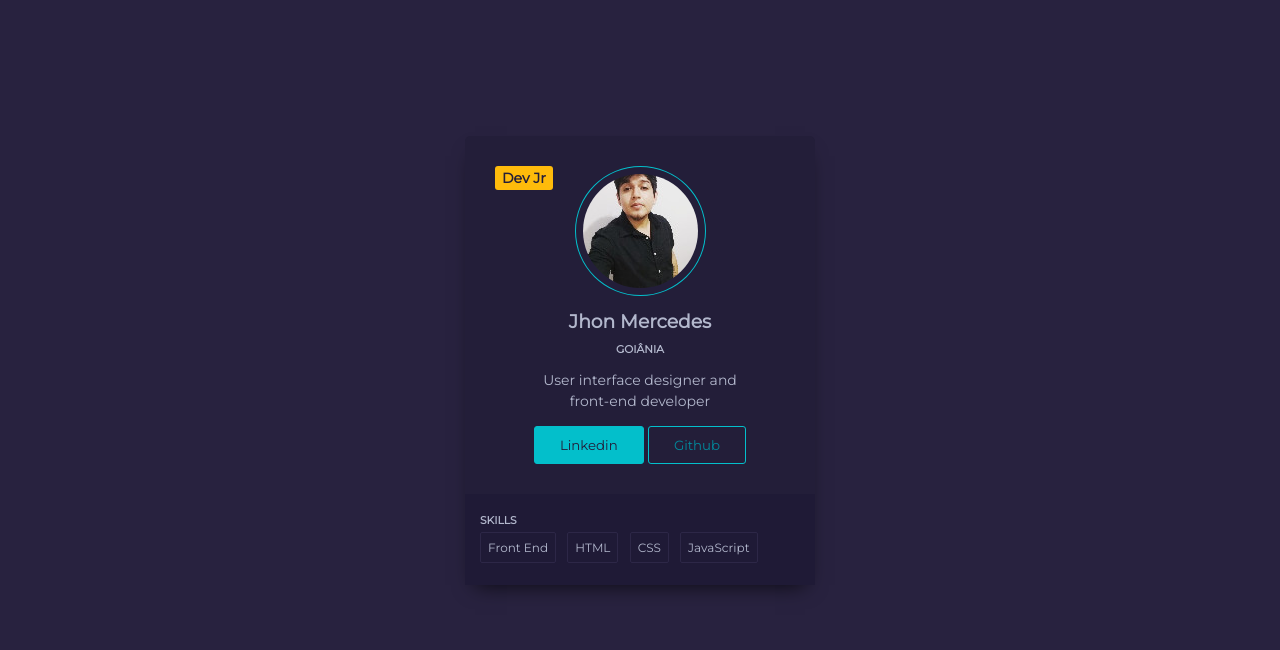
Repository: JhonMercedes/flip-card
Page: index.html
The author's editor kept a copy of each file at every save. The page is drawn from the files as they stood at one save, then again after the next save.
The browser window is 1280 px wide. The pictures show the whole page.

Above is the page before, as saved 2021-12-04 03:17:55.

After the next save:
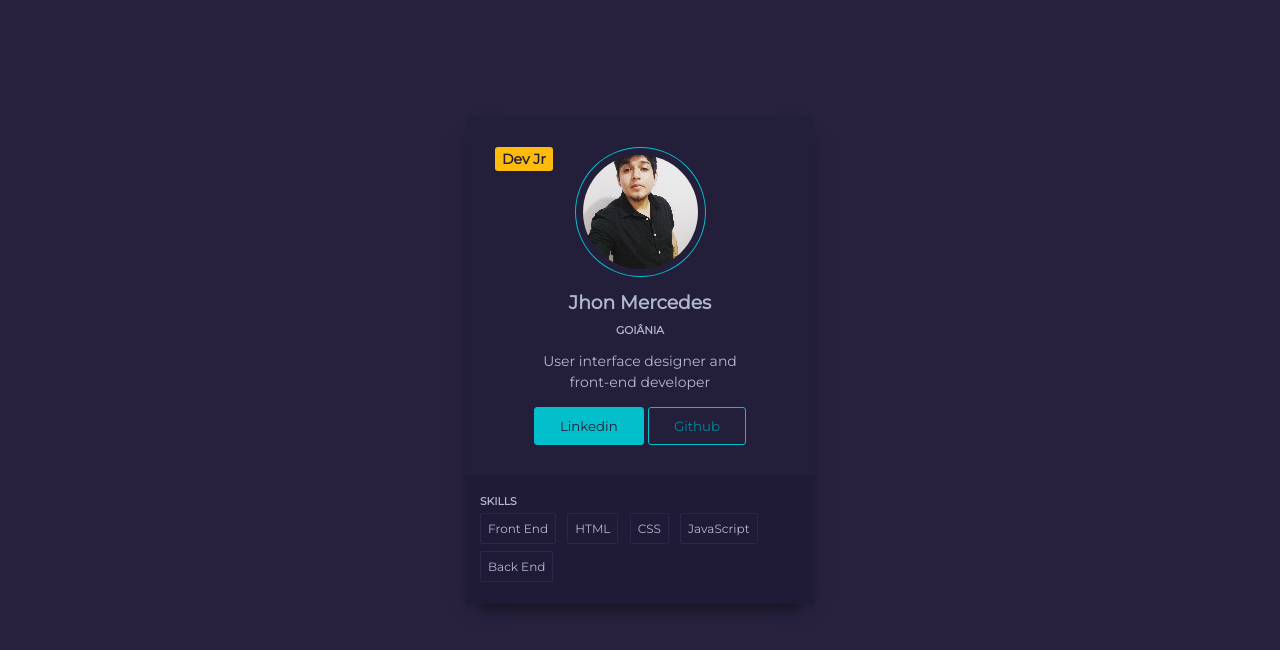
Saved 89 s later.
--- a/index.html
+++ b/index.html
@@ -32,6 +32,7 @@
                 <li>HTML</li>
                 <li>CSS</li>
                 <li>JavaScript</li>
+                <li>Back End</li>
 
             </ul>
         </div>
